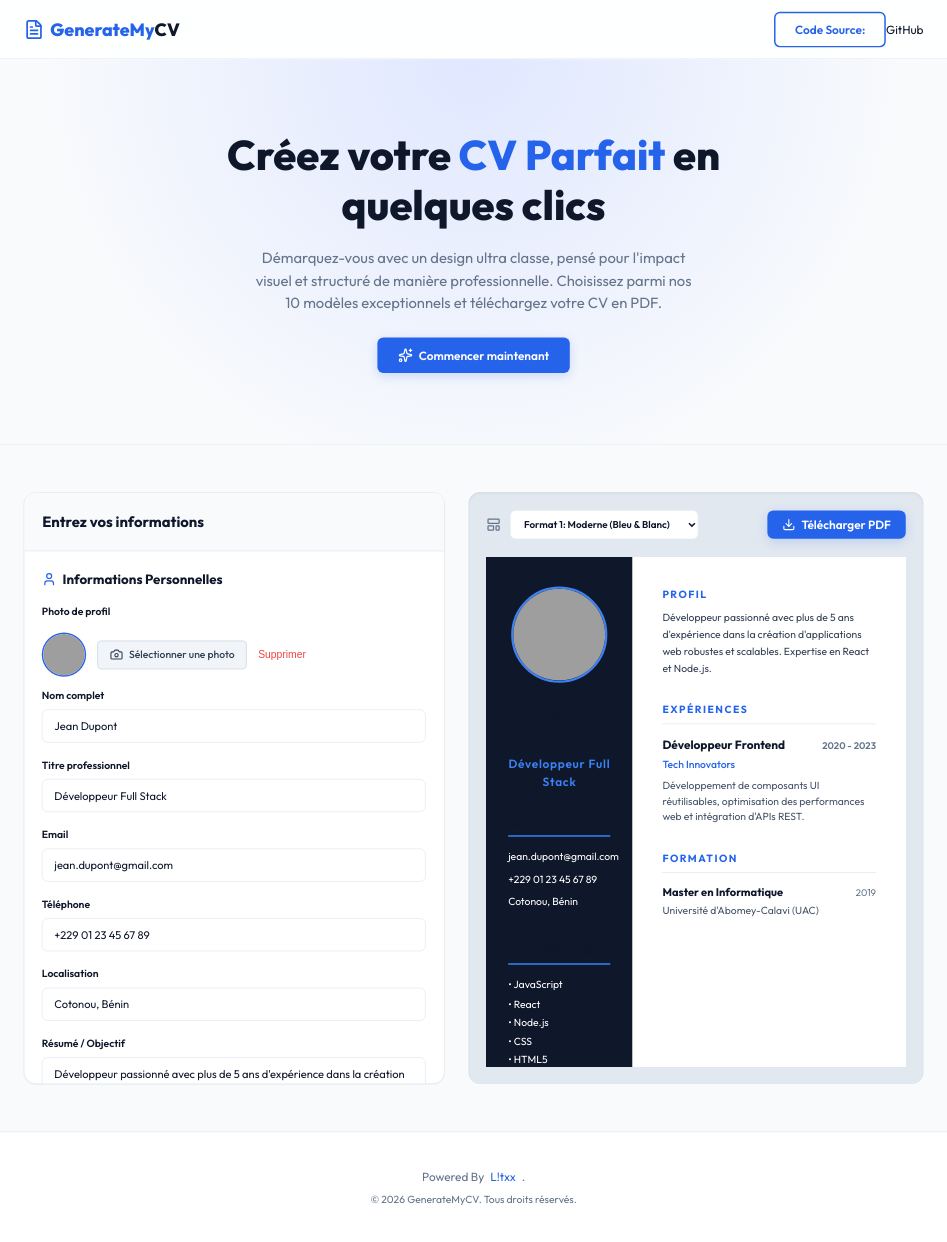
Repository: Issa-Mgn/Generatemy--cv
Page: /
These files come from the project's save history. The page is drawn as it stood at one moment and after a run of saves; the edit follows.
The browser window is 1280 px wide. The pictures show the whole page, at 74% of full size.
Pictures or frames that could not be fetched are drawn as grey boxes. An inner scrolling area shows only its first screen. The project was rebuilt for these pictures with package versions that can differ from the ones it lists, and the page was loaded fresh each time. Also part of the build but not shown: vite.config.js.

Above is the page before, as saved 2026-04-13 20:00:28.

After the next 2 saves:
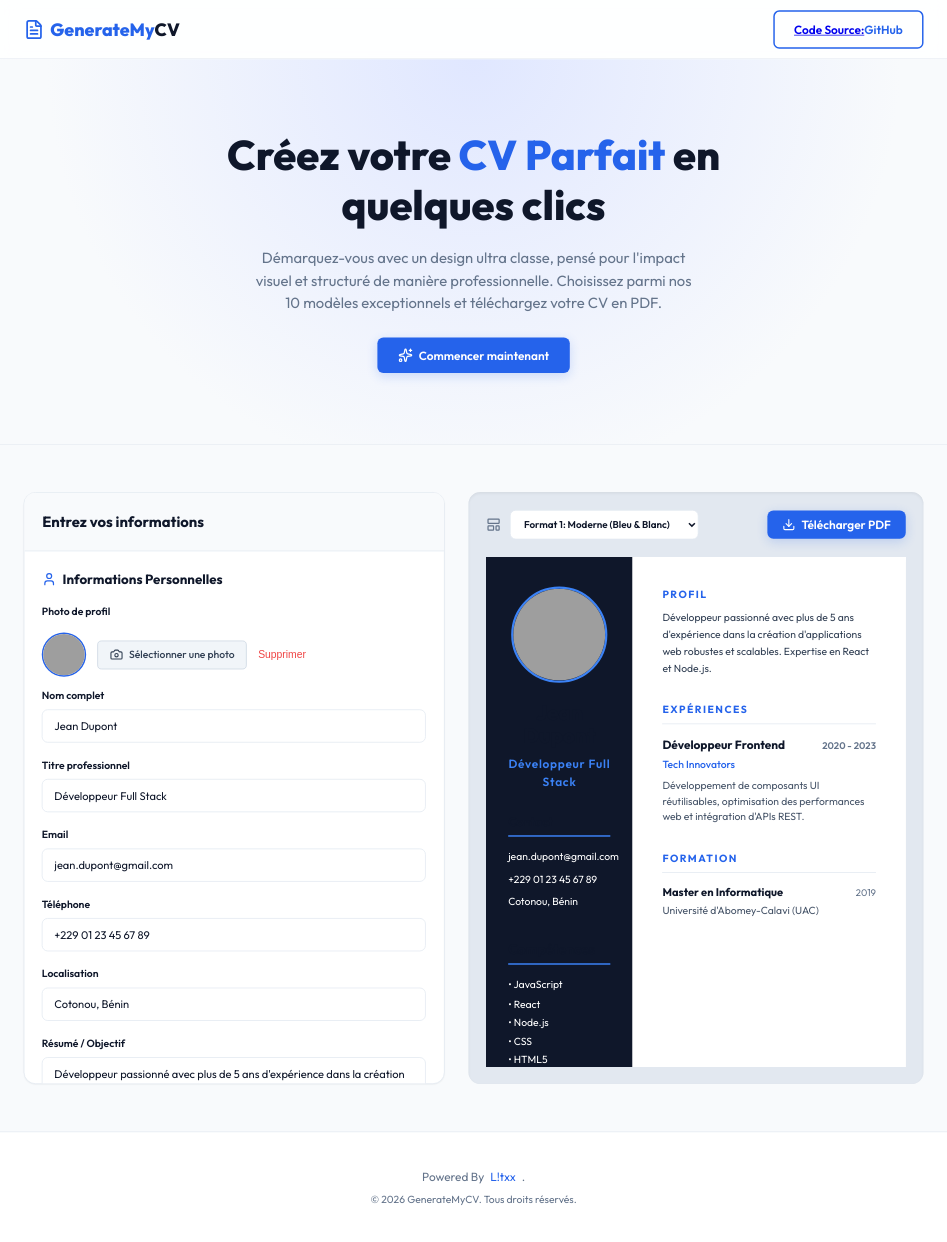
The 2 saves are shown as one change because they came seconds apart.
The last was saved 25 s later.
--- a/src/components/Header.jsx
+++ b/src/components/Header.jsx
@@ -9,9 +9,9 @@ const Header = () => {
           <FileText size={28} color="#2563EB" />
           <span>GenerateMy<span style={{ color: '#0F172A' }}>CV</span></span>
         </a>
-        <nav>
+        <nav className="btn-outline">
 
-          <a href="https://github.com/Issa-Mgn/Generatemy--cv.git" target="_blank" rel="noreferrer" className="btn-outline">
+          <a href="https://github.com/Issa-Mgn/Generatemy--cv.git" target="_blank" rel="noreferrer" >
             <span>Code Source:</span>
             </a>GitHub
         </nav>
